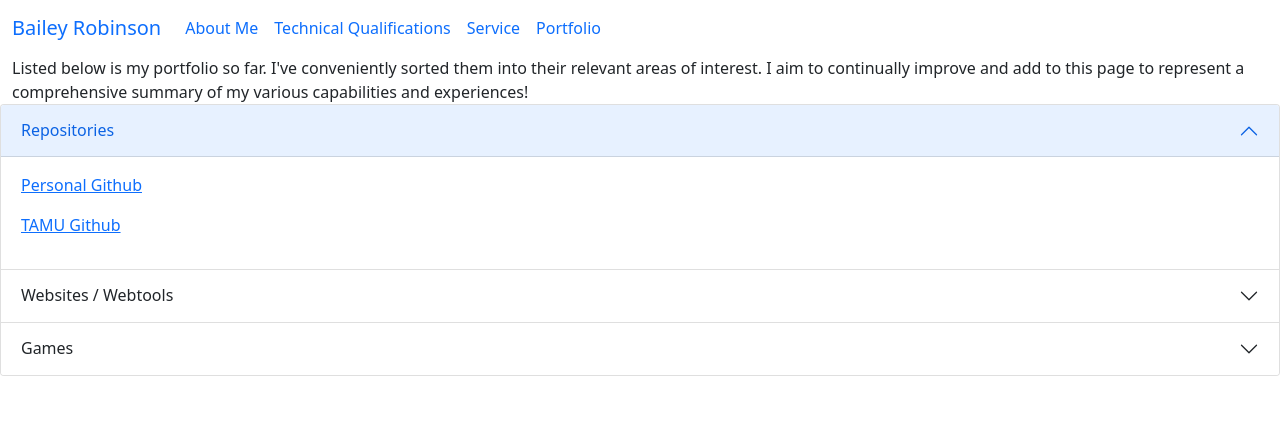
Repository: baileyjrob/personal_website
Page: portfolio.html
These files come from the project's save history. The page is drawn as it stood at one moment and after the next save; the edit follows.
The browser window is 1280 px wide. The pictures show the whole page.

Above is the page before, as saved 2022-04-20 13:42:24.

### portfolio.html
<!DOCTYPE html>
<html lang=en>

<head>
    <title>Bailey Robinson</title>
    <meta charset="utf-8">
    <meta name="viewport" content="width=device-width, initial-scale=1">
    <!-- Latest compiled and minified CSS -->
    <link href="https://cdn.jsdelivr.net/npm/bootstrap@5.0.2/dist/css/bootstrap.min.css" rel="stylesheet"
        integrity="sha384-EVSTQN3/azprG1Anm3QDgpJLIm9Nao0Yz1ztcQTwFspd3yD65VohhpuuCOmLASjC" crossorigin="anonymous">

    <!-- jQuery library -->
    <script src="https://ajax.googleapis.com/ajax/libs/jquery/3.5.1/jquery.min.js"></script>

    <!-- Latest compiled JavaScript -->
    <script src="https://cdn.jsdelivr.net/npm/bootstrap@5.0.2/dist/js/bootstrap.bundle.min.js"
        integrity="sha384-MrcW6ZMFYlzcLA8Nl+NtUVF0sA7MsXsP1UyJoMp4YLEuNSfAP+JcXn/tWtIaxVXM"
        crossorigin="anonymous"></script>
</head>

<body>
    <nav class="navbar navbar-expand-lg">
        <div class="container-fluid">
            <a class="navbar-brand" href="index.html">Bailey Robinson</a>
            <button class="navbar-toggler" type="button" data-bs-toggle="collapse"
                data-bs-target="#navbarSupportedContent" aria-controls="navbarSupportedContent" aria-expanded="false"
                aria-label="Toggle navigation">
                <span class="navbar-toggler-icon"></span>
            </button>
            <div class="collapse navbar-collapse" id="navbarSupportedContent">
                <ul class="navbar-nav me-auto mb-2 mb-lg-0">
                    <li class="nav-item"><a class="nav-link" href="about.html">About Me</a></li>
                    <li class="nav-item"><a class="nav-link" href="techqual.html">Technical Qualifications</a></li>
                    <li class="nav-item"><a class="nav-link" href="service.html">Service</a></li>
                    <li class="nav-item"><a class="nav-link active" aria-current="page"
                            href="portfolio.html">Portfolio</a></li>
                </ul>
            </div>
        </div>
    </nav>
    <div class="container-fluid">
        Listed below is my portfolio so far. I've conveniently sorted them into their relevant areas of interest. I aim
        to continually improve and add to this page to represent a comprehensive summary of my various capabilities and
        experiences!
    </div>
    <div class="accordion" id="accordionFields">
        <div class="accordion-item">
            <h2 class="accordion-header" id="headingRepo">
                <button class="accordion-button" type="button" data-bs-toggle="collapse" data-bs-target="#collapseRepo"
                    aria-expanded="true" aria-controls="collapseRepo">
                    Repositories
                </button>
            </h2>
            <div id="collapseRepo" class="accordion-collapse collapse show" aria-labelledby="headingRepo"
                data-bs-parent="#accordionFields">
                <div class="accordion-body">
                    <p><a href="https://github.com/baileyjrob">Personal Github</a></p>
                    <p><a href="https://github.tamu.edu/baileyjrob">TAMU Github</a></p>
                </div>
            </div>
        </div>
        <div class="accordion-item">
            <h2 class="accordion-header" id="headingWeb">
                <button class="accordion-button collapsed" type="button" data-bs-toggle="collapse"
                    data-bs-target="#collapseOne" aria-expanded="false" aria-controls="collapseOne">
                    Websites / Webtools
                </button>
            </h2>
            <div id="collapseOne" class="accordion-collapse collapse" aria-labelledby="headingWeb"
                data-bs-parent="#accordionFields">
                <div class="accordion-body">
                    <p>In the Spring of 2021, I developed a <a href="https://ortutoring.herokuapp.com/">website</a> for
                        a student
                        tutoring
                        organization. This website allows tutors to create a virtual sign-in service, as well as allow
                        users to sign-up
                        for
                        tutoring sessions for classes they need help in.
                    </p>
                    <p>In the Fall of 2020, I developed a <a href="secret.html">website</a> that functions as a way for
                        someone to
                        attend a concert by organizing and condensing the purchase of tickets, hotels, and flights all
                        into one convenient
                        location. This was my first real attempt at building a website and working with a team to
                        develop software </p>
                </div>
            </div>
        </div>
        <div class="accordion-item">
            <h2 class="accordion-header" id="headingGames">
                <button class="accordion-button collapsed" type="button" data-bs-toggle="collapse"
                    data-bs-target="#collapseTwo" aria-expanded="false" aria-controls="collapseTwo">
                    Games
                </button>
            </h2>
            <div id="collapseTwo" class="accordion-collapse collapse" aria-labelledby="headingGames"
                data-bs-parent="#accordionFields">
                <div class="accordion-body">
                    <p>While working at
                        <a href="https://robotentertainment.com/">Robot Entertainment</a>
                        in Summer of 2019, I aided in the development of
                        <a href="https://www.epicgames.com/store/en-US/product/readyset-heroes/home">
                            ReadySet Heroes</a> (
                        <a href="https://www.playstation.com/en-us/games/readyset-heroes-ps4/">PS4</a>,
                        <a
                            href="https://www.polygon.com/2019/9/5/20851325/readyset-heroes-preview-release-date-pc-epic-ps4-trailer">
                            Polygon Review</a>)
                    </p>
                </div>
            </div>
        </div>
    </div>
</body>

</html>

After the next save:
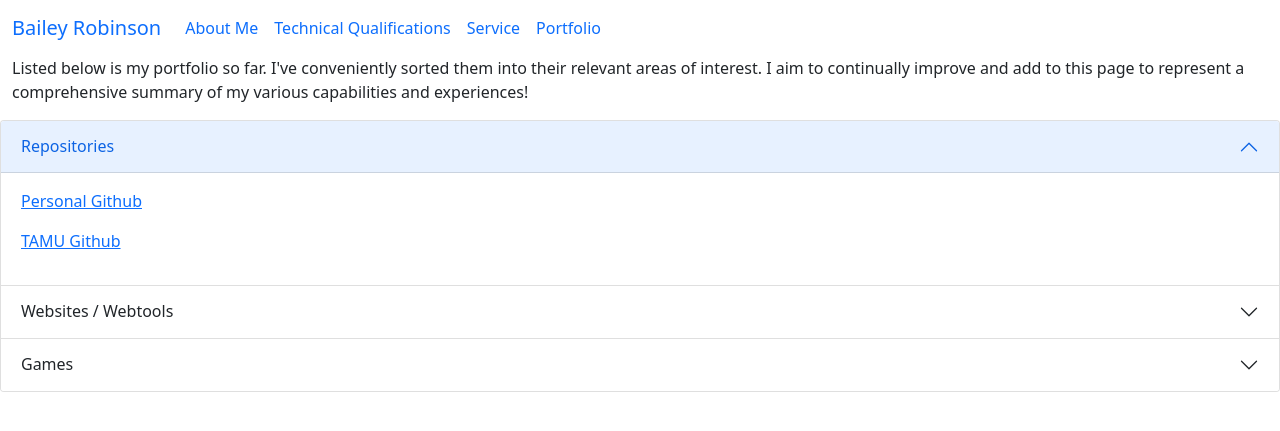
Saved 2 min 28 s later.
--- a/portfolio.html
+++ b/portfolio.html
@@ -39,9 +39,11 @@
         </div>
     </nav>
     <div class="container-fluid">
-        Listed below is my portfolio so far. I've conveniently sorted them into their relevant areas of interest. I aim
-        to continually improve and add to this page to represent a comprehensive summary of my various capabilities and
-        experiences!
+        <p>Listed below is my portfolio so far. I've conveniently sorted them into their relevant areas of interest. I
+            aim
+            to continually improve and add to this page to represent a comprehensive summary of my various capabilities
+            and
+            experiences!</p>
     </div>
     <div class="accordion" id="accordionFields">
         <div class="accordion-item">
